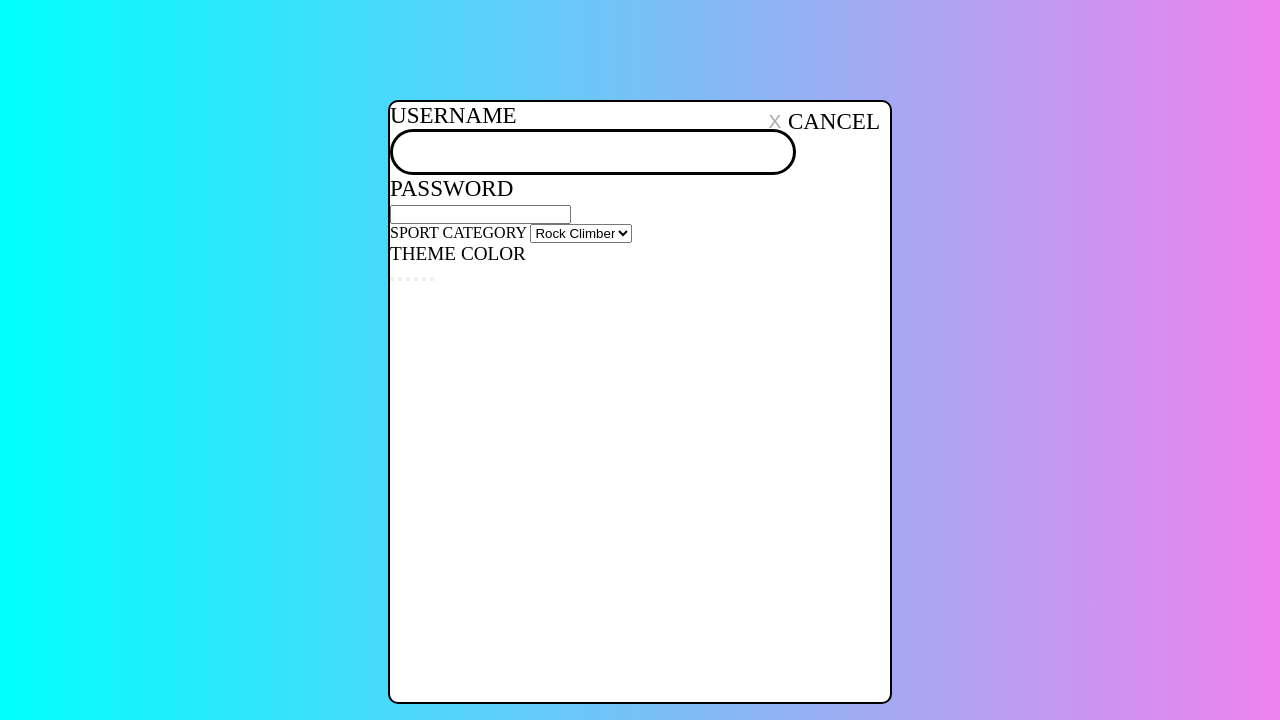
Repository: zRush1202/LoginPage-demo
Page: dom/exercise/login.html
The author's editor kept a copy of each file at every save. The page is drawn from the files as they stood at one save, then again after the next save.
The browser window is 1280 px wide. The pictures show the whole page.

Above is the page before, as saved 2023-09-17 09:19:58.

After the next save:
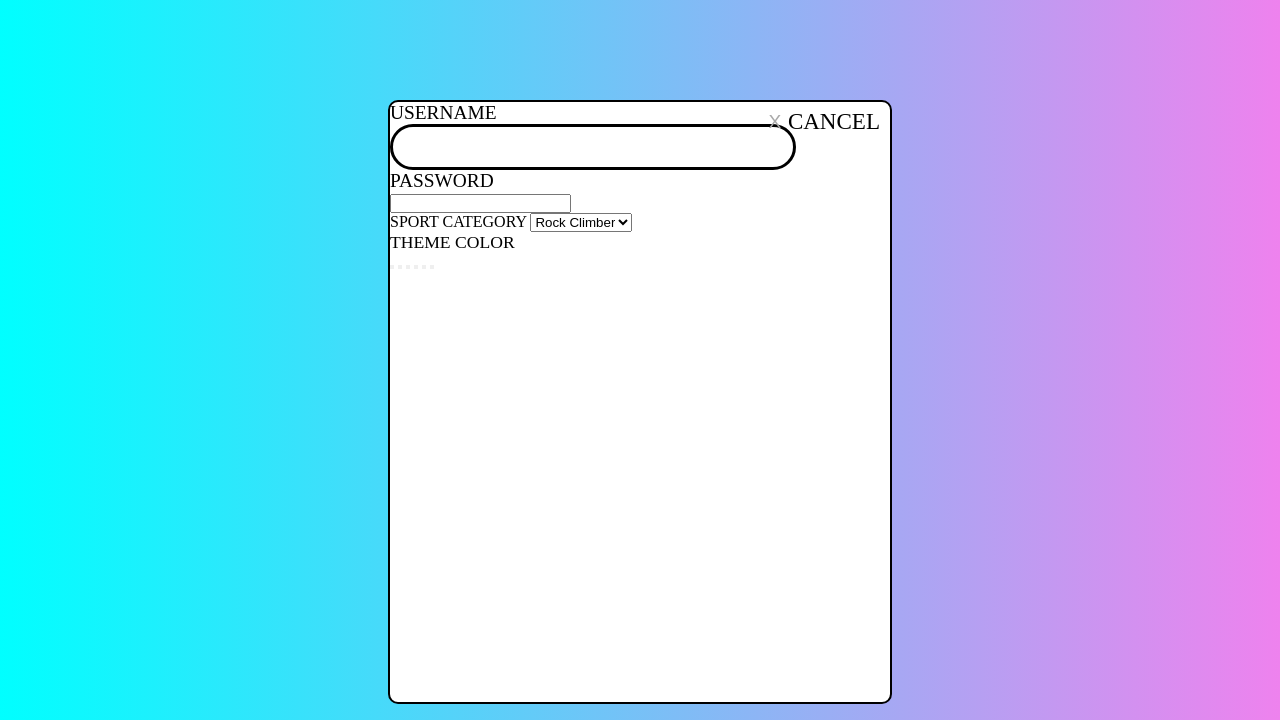
Saved 10 s later.
--- a/dom/exercise/login.css
+++ b/dom/exercise/login.css
@@ -53,5 +53,5 @@ body {
 }
 
 .tk, span {
-    font-size: 120%;
+    font-size: 110%;
 }
